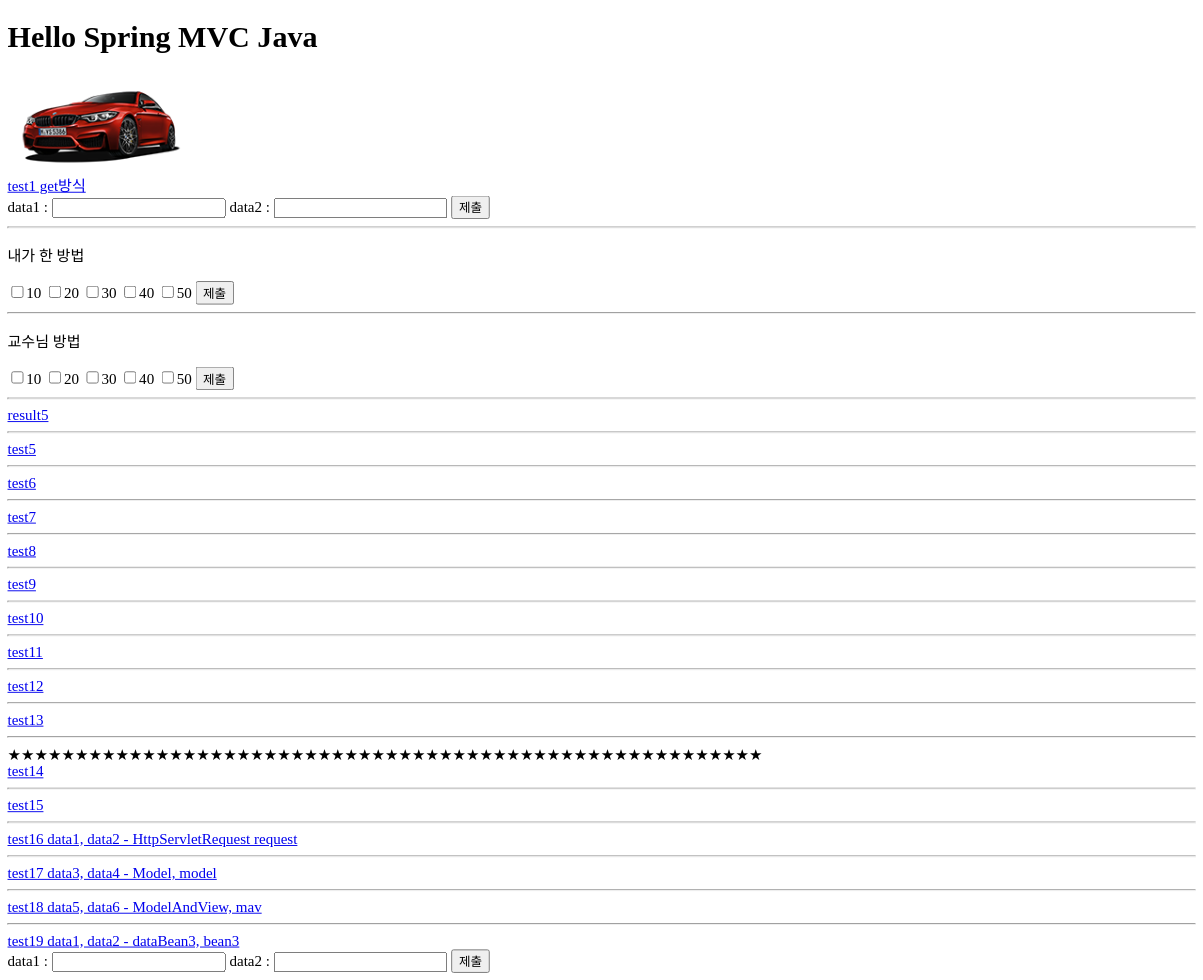
Repository: kangseongwuk/Spring
Page: http://localhost/WebSpringSample3_parameter/WEB-INF/views/index.jsp
The author's editor kept a copy of each file at every save. The page is drawn from the files as they stood at one save, then again after the next save.
The browser window is 1280 px wide. The pictures show the whole page, at 94% of full size.
The page is served by Tomcat 9. Nobody is signed in. Other server files are loaded and not shown. The template is opened directly, without the code that normally fills it, so the values that code supplies are empty.

Above is the page before, as saved 2022-10-11 08:53:54.
Console error: TypeError: Cannot read properties of null (reading 'checked')

### WebSpringSample3_parameter/src/main/webapp/WEB-INF/views/index.jsp
<%@ page language="java" contentType="text/html; charset=UTF-8"
    pageEncoding="UTF-8"%>
<!DOCTYPE html>
<html>
<head>
<meta charset="UTF-8">
<title>Insert title here</title>
<script type="text/javascript">
	if(document.getElementById("data1").checked){
		document.getElementByID("data1_hidden").disabled=true;
	}
	if(document.getElementById("data2").checked){
		document.getElementByID("data2_hidden").disabled=true;
	}
	if(document.getElementById("data3").checked){
		document.getElementByID("data3_hidden").disabled=true;
	}
	if(document.getElementById("data4").checked){
		document.getElementByID("data4_hidden").disabled=true;
	}
	if(document.getElementById("data5").checked){
		document.getElementByID("data5_hidden").disabled=true;
	}
</script>
</head>
<body>
	<h1>Hello Spring MVC Java</h1>
	<img src="image/bmwmodel_205.png"/><br>
	<a href="test1?data1=100&data2=200">test1 get방식</a><br>

	<form action="result2">
		<label>data1 : <input type="text" name=data1></label>
		<label>data2 : <input type="text" name=data2></label>
		<label><input type="submit" value="제출" ></label>
	</form>

	<hr>
	<p>내가 한 방법</p>
	<form action="result3" method="get">
	<input type="checkbox" value="10" name=data1>10
	<input type="hidden" value="0" name=data1 id=data1_hidden/>
	<input type="checkbox" value="20" name=data2>20
	<input type="hidden" value="0" name=data2 id=data2_hidden/>
	<input type="checkbox" value="30" name=data3>30
	<input type="hidden" value="0" name=data3 id=data3_hidden/>
	<input type="checkbox" value="40" name=data4>40
	<input type="hidden" value="0" name=data4 id=data4_hidden/>
	<input type="checkbox" value="50" name=data5>50
	<input type="hidden" value="0" name=data5 id=data5_hidden/>
	<input type="submit" value="제출">
	</form>
	<hr>
	<p>교수님 방법</p>
	<form action="result4" method="get">
	<input type="checkbox" value="10" name=data_3>10
	<input type="checkbox" value="20" name=data_3>20
	<input type="checkbox" value="30" name=data_3>30
	<input type="checkbox" value="40" name=data_3>40
	<input type="checkbox" value="50" name=data_3>50
	<input type="submit" value="제출">
	</form>
	<hr>
	<a href="result5?data1=100&data2=200&data3=300&data4=400&data5=500">result5</a>
	<hr>
	<a href="test5/100/200/300/400/500">test5</a>
	<hr>
	<a href="test6?data1=100&data2=200&data3=300&data4=400&data5=500">test6</a>
	<hr>
	<a href="test7?data1=100&data2=200&data3=300&data4=400&data5=500">test7</a>
	<hr>
	<a href="test8?data1=100&data2=200&data3=300">test8</a>
	<hr>
	<a href="test9?data1=100&data2=200&data3=300">test9</a>
	<hr>
	<a href="test10?data1=100&data2=200&data3=300">test10</a>
	<hr>
	<a href="test11?data1=100&data2=200&data3=300">test11</a>
	<hr>
	<a href="test12?data1=100&data2=200&data3=300">test12</a>
	<hr>
	<a href="test13?data1=100&data2=200&data2=300&data2=400">test13</a>
	<hr>
	<span>★★★★★★★★★★★★★★★★★★★★★★★★★★★★★★★★★★★★★★★★★★★★★★★★★★★★★★★★</span><br>
	<a href="test14?data1=100&data2=200&data2=300&data2=400">test14</a>
	<hr>
	<a href="test15?data1=100&data2=200&data2=300&data2=400&data3=500&data4=600&data4=700">test15</a>
	<hr>
	<a href="test16">test16 data1, data2 - HttpServletRequest request</a>
	<hr>
	<a href="test17">test17 data3, data4 - Model, model</a>
	<hr>
	<a href="test18">test18 data5, data6 - ModelAndView, mav</a>
	<hr>
	<a href="test19">test19 data1, data2 - dataBean3, bean3</a>
	<form action = "test19" method="post">
		<label>data1 : <input type="text" name="data1"/></label>
		<label>data2 : <input type="text" name="data2"/></label>
		<input type="submit" value="제출"/>
	</form>




</body>
</html>

<!--
.요청 방식 지정하기

Spring MVC 는 요청 주소별로 메서드를 정의할 수도 있지만 같은 요청 주소에서 요청 방식에 따라 메서드를 정의할 수도 있습니다.
GET, POST, PUT, DELELTE, PATCH 에 대해 처리할 수 있습니다.

@RequestMapping
RequestMapping 어노테이션은 요청 주소 셋팅 뿐만 아니라 요청 방식도 설정할 수 있습니다.

@RequestMapping(value = "/test1", method = RequestMethod.GET)
public String test1() {
	return "test1";
}

요청 어노테이션

RequestMapping 대신 요청별로 제공되는 어노테이션을 사용할 수도 있습니다.
@GetMapping("/test4")
public String test4() {
	return "test4";
}

@PostMapping("/test5")
public String test5() {
	return "test5";
}


동시에 설정하기

RequestMapping은 요청 방식들을 동시에 설정할 수 있습니다.

@RequestMapping(value = "/test7", method = {RequestMethod.GET, RequestMethod.POST})
public String test7() {
	return "test7";
}
 -->


<!--
 Parameter 추출하기
-------------------------
클라이언트 요청 발생 시 전달하는 파라미터 데이터를 손쉽게 주입 받을 수 있도록 다양한 방식을 제공하고 있습니다.
Spring MVC는 Servlet/JSP 처럼 요청 방식에 따라 파라미터 추출하는 방식이 달라지지는 않습니다.

 - HttpServletRequest 사용하기
 1) Spring MVC는 필요한 객체나 데이터는 주입을 받아 사용하게 됩니다.
 2) Servlet/JSP에서 파라미터 데이터를 추출할 때 HttpServletRequest request 객체를 통하게 되는데
    Spring MVC에서 이 객체를 주입 받아 사용할 수 있습니다.
 3) 파라미터 추출 뿐만 아니라 HttpServletRequest 객체가 필요할 경우 사용하면 됩니다.

	@GetMapping("/test1")
	public String test1(HttpServletRequest request) {

	String data1 = request.getParameter("data1");
	String data2 = request.getParameter("data2");
	String [] data3 = request.getParameterValues("data3");

				… 생략
	}


 - WebRequest 사용하기
   WebRequest는 HttpServletRequest 클래스를 확장한 클래스입니다.

  @GetMapping("/test3")
   public String test3(WebRequest request) {

   String data1 = request.getParameter("data1");
   String data2 = request.getParameter("data2");
   String [] data3 = request.getParameterValues("data3");

   				 …생략…
   }


 - @PathVariable
     데이터가 요청 주소에 있을 경우 값을 주입 받을 수 있는 어노테이션입니다.
   Restful API 서버 프로그래밍시 많이 사용하는 방식입니다.
            데이터1/2/3
      요청주소/값1/값2/값3

	형 변환
	@GetMapping("/test4/{data1}/{data2}/{data3}")
	public String test4(@PathVariable int data1,
					    @PathVariable int data2,
			 			@PathVariable int data3) {
			 	.........
	}

- @RequestParam
	1) 파라미터 데이터를 직접 주입 받을 수 있습니다.
	2) 지정된 변수의 이름과 파라미터의 이름이 같을 경우 값을 주입 받습니다.
	3) 가능한 경우 형 변환도 처리해줍니다.
	4) value : 파라미터의 이름과 변수의 이름이 다를 경우 파라미터 이름을 지정합니다.
	5) required : false를 설정하면 지정된 이름의 파라미터가 없을 경우 null이 주입되고,
		있으면 넘어온 값으로 됩니다.(문자인 경우)
	6) (defaultValue = "0")설정하면 기본값으로 설정되고,  있으면 넘어온 값으로 됩니다.

	@GetMapping("/test7")
	public String test7(@RequestParam(value = "data1") String value1,
			  @RequestParam(value = "data2", required = false) String value2,
			  @RequestParam(value = "data3", defaultValue = "default") String value3) {

			  ..........
	 }

 -->

<!--
★★★★★★★★★★★★★★★★★★★★★★★★★★★★★★★★★★★★★★★★★★★★★★★★★★★★★★★★★★★★★★★★★★
★★★★★★★★★★★★★★★★★★★★★★★★★★★★★★★★★★★★★★★★★★★★★★★★★★★★★★★★★★★★★★★★★★
★★★★★★★★★★★★★★★★★★★★★★★★★★★★★★★★★★★★★★★★★★★★★★★★★★★★★★★★★★★★★★★★★★
★★★★★★★★★★★★★★★★★★★★★★★★★★★★★★★★★★★★★★★★★★★★★★★★★★★★★★★★★★★★★★★★★★
객체로 파라미터 주입받기
-----------------------------
 - Map으로 주입 받기
 1) 클라이언트가 전달 하는 모든 파라미터 데이터를 한번에 Map으로 받을 수 있습니다.
 2) 단, 동일 명으로 전달되는 2개 이상의 파라미터는 하나만 담기게 됩니다.
 3) 동일명으로 전달되는 파라미터가 2개 이상이라면 List로 주입 받아야 합니다.

  public String test1(@RequestParam Map<String, String> map,
		  @RequestParam List<String> data3) {

	}

 - @ModelAttribute
  1) ModelAttribute 어노테이션을 사용하면 파라미터를 객체로 주입받을 수 있습니다.
  2) 전달되는 파라미터의 이름과 동일한 프로퍼티에 자동으로 주입됩니다.
  3) 이 어노테이션은 생략이 가능합니다. 이러한 객체를 커맨드 객체(Command Object)라고 부릅니다.

  public String test2(@ModelAttribute DataBean1 bean1,
		      @ModelAttribute DataBean2 bean2) {

  }



.ViewResolver
------------------
  - 컨트롤러에서 전달 받은 View의 이름을 토대로 jsp를 찾아 선택하고 jsp 데이터를 분석해 응답결과를 만들어 전달하는 요소 입니다.
본 과정에서는 ViewResolver가 사용할 View의 이름을 지정하는 방법과 jsp 를 통해 응답 결과를 만들 때 필요한 데이터를 전달하는 방법에 대해 살펴봅니다


 - HttpServletRequest
 - Spring MVC는 jsp 를 처리할 때 HttpServletRequest 객체를 jsp 쪽으로 전달합니다.
ViewResolver는 이를 이용해 JSP 작업시 데이터를 사용할 수 있습니다.

  public String test2(HttpServletRequest request) {
     request.setAttribute("value1", 100);
     request.setAttribute("value2", 200);
     return "test2";
}

 - Model
Model 객체를 주입 받아 셋팅하면 HttpServletRequest 객체에 담겨 이를 JSP로 전달할 수 있습니다.

public String test3(Model model) {
model.addAttribute("value3", 300);
model.addAttribute("value4", 400);
return "test3";
}

 - ModelAndView

ModelAndView는 Model에 값을 셋팅하는 기능과 View의 이름을 지정하는 기능을 모두 가지고 있습니다.
public ModelAndView test5(ModelAndView mv) {
mv.addObject("value3000", 3000);
mv.addObject("value4000", 4000);
mv.setViewName("test5");
return mv;
}

ViewResolver에 의해 JSP가 실행되고 응답결과가 만들어집니다.
Controller 에서 View를 지정할 때 ViewResolver가 사용할 데이터를 Request 영역에 저장할 수 있습니다.


.커맨드 객체
-------------------
 클라이언트가 전달해 주는 파라미터 데이터를 주입 받기 위해 사용하는 객체

 - Request를 통해 전달
@PostMapping("/test1")
public String test1(@ModelAttribute DataBean bean) {
	return "test1";
}


커맨드 객체는 HttpServletRequest 객체에 자동으로 담기고 jsp로 전달됩니다.
이 때, HttpServletRequest 객체에 저장되는 이름은 클래스의 이름으로 결정됩니다.
@PostMapping("/test1")
public String test1(@ModelAttribute DataBean bean) {
	return "test1";
}

<h3>data1 : ${requestScope.dataBean.data1 }</h3>
<h3>data2 : ${requestScope.dataBean.data2 }</h3>

 - 저장되는 이름 설정
HttpServletRequest에 저장되는 이름을 지정하고 싶다면 ModelAttribute 어노테이션에 지정하면 됩니다.
@PostMapping("/test2")
public String test2(@ModelAttribute("testData") DataBean bean) {
	return "test2";
}

<h3>data1 : ${requestScope.testData.data1 }</h3>
<h3>data2 : ${requestScope.testData.data2 }</h3>







  -->

After the next save:
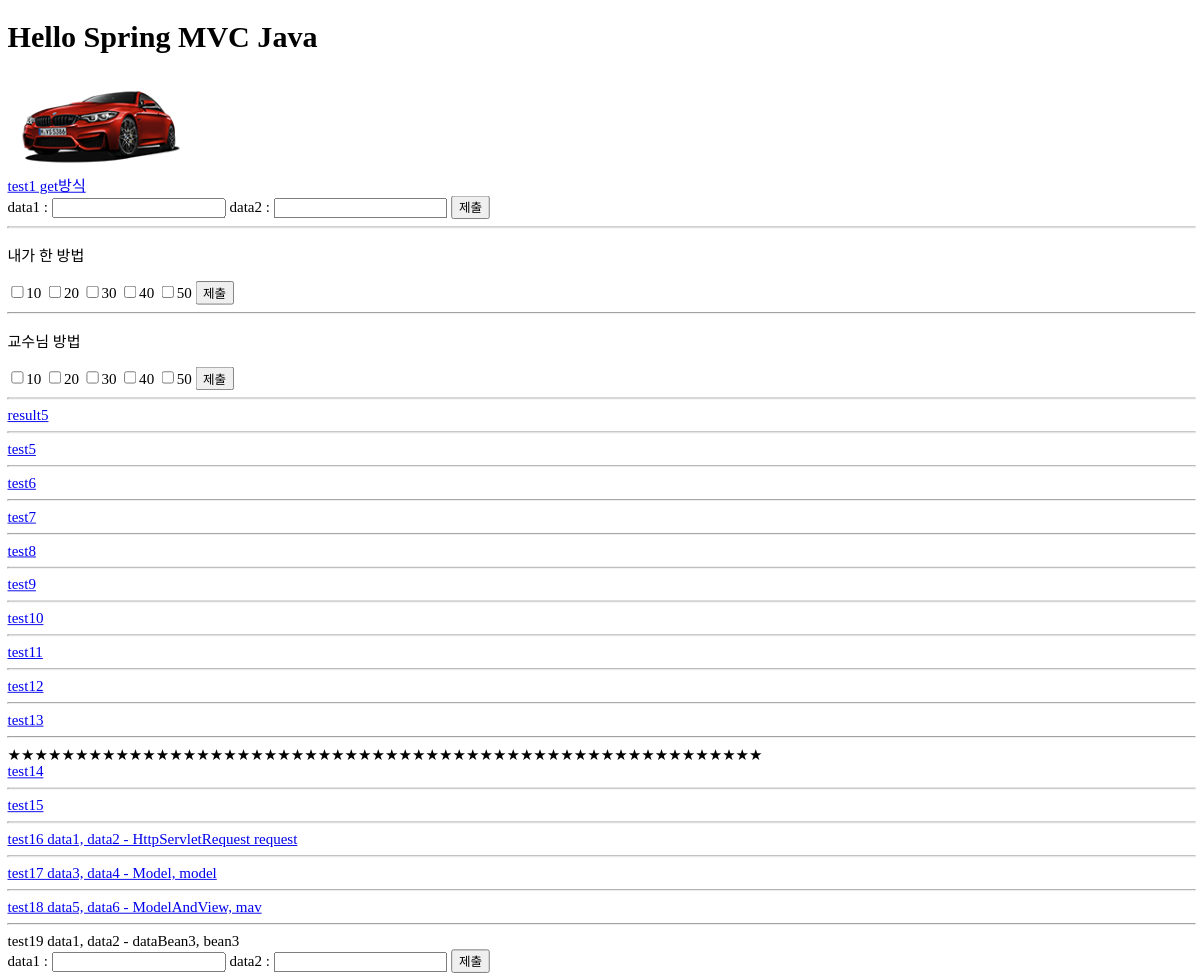
Saved 6 min 43 s later.
--- a/WebSpringSample3_parameter/src/main/webapp/WEB-INF/views/index.jsp
+++ b/WebSpringSample3_parameter/src/main/webapp/WEB-INF/views/index.jsp
@@ -91,7 +91,7 @@
 	<hr>
 	<a href="test18">test18 data5, data6 - ModelAndView, mav</a>
 	<hr>
-	<a href="test19">test19 data1, data2 - dataBean3, bean3</a>
+	test19 data1, data2 - dataBean3, bean3
 	<form action = "test19" method="post">
 		<label>data1 : <input type="text" name="data1"/></label>
 		<label>data2 : <input type="text" name="data2"/></label>
